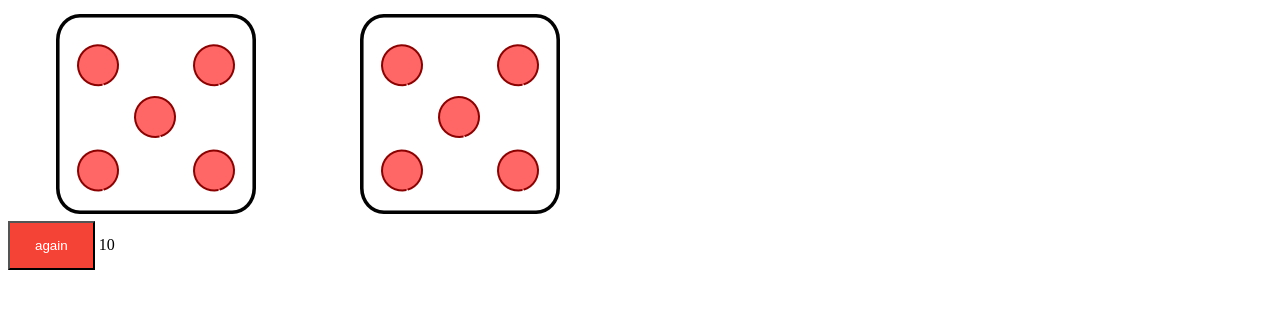
Repository: boseung2/Study-JSP
Page: http://localhost/MyWebSite/Dice
These files come from the project's save history. The page is drawn as it stood at one moment and after the next save; the edit follows.
The browser window is 1280 px wide. The pictures show the whole page.
The page is served by Tomcat 9. Other server files are loaded and not shown.

Above is the page before, as saved 2021-01-20 05:51:17.

### MyWebSite/src/com/codechobo/Dice.java
package com.codechobo;

import java.io.IOException;
import java.io.PrintWriter;

import javax.servlet.ServletException;
import javax.servlet.annotation.WebServlet;
import javax.servlet.http.HttpServlet;
import javax.servlet.http.HttpServletRequest;
import javax.servlet.http.HttpServletResponse;

@WebServlet("/Dice")
public class Dice extends HttpServlet {
	private static final long serialVersionUID = 1L;

	protected void doGet(HttpServletRequest request, HttpServletResponse response) throws ServletException, IOException {
		PrintWriter out = response.getWriter();
		response.setContentType("text/html;charset=UTF-8");

		int random1 = (int) (Math.random() * 6 + 1);
		int random2 = (int) (Math.random() * 6 + 1);
		int sum = random1 + random2;

		out.println("<!DOCTYPE html>");
		out.println("<html>");
		out.println("<head>");
		out.println("<style>");
		out.println("button {");
		out.println("  background-color: #f44336;");
		out.println("  color: white;");
		out.println("  padding: 15px 25px;");
		out.println("  text-align: center;");
		out.println("  text-decoration: none;");
		out.println("  display: inline-block;");
		out.println("}");
		out.println("</style>");
		out.println("</head>");
		out.println("<body>");
		for(int i=1; i<=6; i++) {
			for(int j=1; j<=6; j++) {
				if(random1 == i && random2 == j) {
					out.println("<img src=\"/image/dice" + random1 + ".jpg\" alt=\"dice\">");
					out.println("<img src=\"/image/dice" + random2 + ".jpg\" alt=\"dice\"><br>");
				}
			}
		}
		out.println("<button onclick=\"document.location='Dice'\">again</button>");
		out.println(sum);



		out.println("</body>");
		out.println("</html>");


	}


	protected void doPost(HttpServletRequest request, HttpServletResponse response) throws ServletException, IOException {
		doGet(request, response);
	}

}

After the next save:
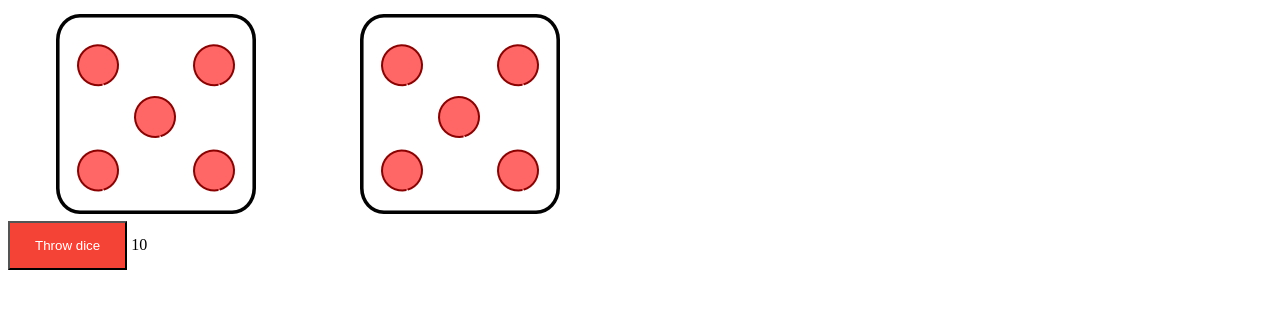
Saved 2 min 13 s later.
--- a/MyWebSite/src/com/codechobo/Dice.java
+++ b/MyWebSite/src/com/codechobo/Dice.java
@@ -44,7 +44,7 @@ public class Dice extends HttpServlet {
 				}
 			}
 		}
-		out.println("<button onclick=\"document.location='Dice'\">again</button>");
+		out.println("<button onclick=\"document.location='Dice'\">Throw dice</button>");
 		out.println(sum);
 
 
